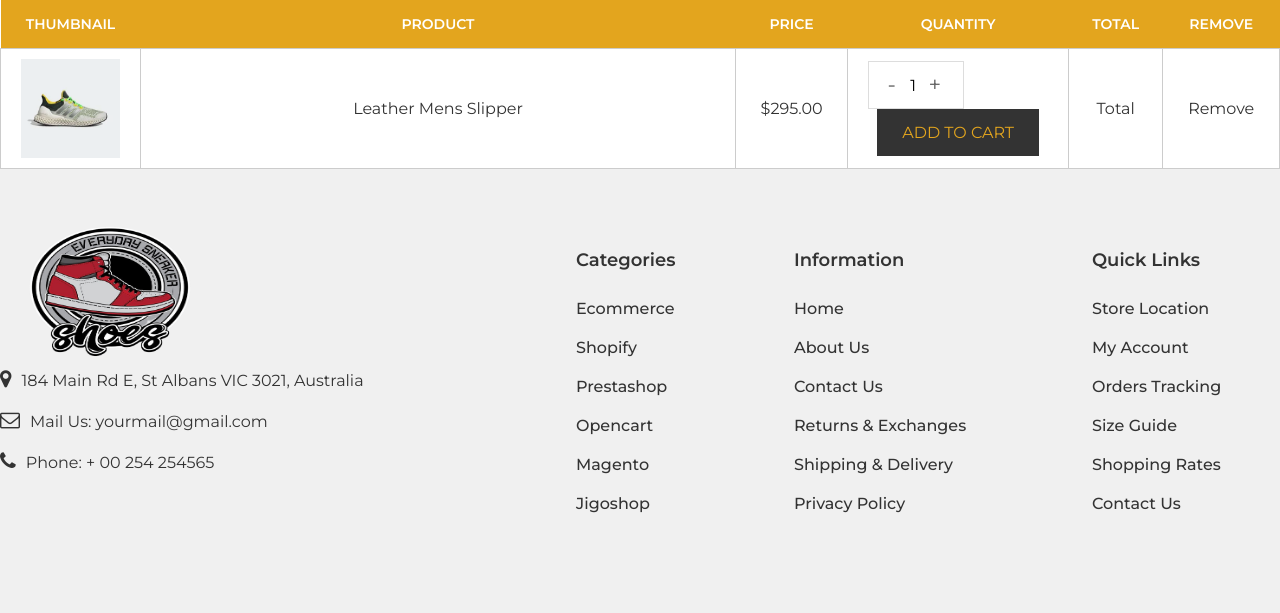
Repository: Toan3333/TranAnhToan
Page: pages/cart.html
An editor plug-in stored every save of this project. The page is shown before and after the next save, followed by the edit.
The browser window is 1280 px wide. The pictures show the part of the page from y = 328 to 941 px (the page is 941 px tall).

Above is the page before, as saved 2023-02-18 22:21:18.

### pages/cart.html
<!DOCTYPE html>
<html lang="en">
  <head>
    <meta charset="UTF-8" />
    <meta http-equiv="X-UA-Compatible" content="IE=edge" />
    <meta name="viewport" content="width=device-width, initial-scale=1.0" />
    <title>Cart</title>
    <link rel="stylesheet" href="../css/style.css" />
    <link
      rel="stylesheet"
      href="https://cdnjs.cloudflare.com/ajax/libs/font-awesome/4.7.0/css/font-awesome.min.css"
    />
    <link
      href="https://fonts.googleapis.com/css?family=Montserrat:100,200,300,regular,500,600,700,800,900,100italic,200italic,300italic,italic,500italic,600italic,700italic,800italic,900italic"
      rel="stylesheet"
    />
  </head>
  <body>
    <div class="main">
      <div class="container">
        <header class="header">
          <div class="header-logo">
            <a href="../index.html">
              <img src="../img/Logo-removebg-preview.png" alt=""
            /></a>
          </div>
          <nav class="header-menu">
            <a href="../index.html" class="active">Home</a>
            <a href="#">Page</a>
            <a href="../pages/shop.html">Shop</a>
            <a href="../pages/blog.html">Blog</a>
            <a href="#">Contact Us</a>
          </nav>
          <div class="header-configure">
            <div class="header-icon">
              <a href="#">
                <i class="fa fa-search" aria-hidden="true"></i>
              </a>
              <a href="../pages/login.html">
                <i class="fa fa-user" aria-hidden="true"> </i>
              </a>
              <a href="#">
                <i class="fa fa-cart-arrow-down" aria-hidden="true"> </i>
              </a>
            </div>
          </div>
        </header>
      </div>
      <section class="breadcrumb-bg">
        <div class="container">
          <div class="breadcrubm-main">
            <h1 class="breadcrubm-title">Cart</h1>
            <ul class="breadcrubm">
              <li class="breadcrubm-item">
                <a href="../index.html">Home /</a>
              </li>
              <li class="breadcrubm-item">
                <a class="active" href="./product-detail.html">Cart</a>
              </li>
            </ul>
          </div>
        </div>
      </section>
      <section class="cart">
        <div class="container">
          <table>
            <thead>
              <tr>
                <th class="pro-thumnail">Thumbnail</th>
                <th class="pro-title">Product</th>
                <th class="pro-price">Price</th>
                <th class="pro-quantity">Quantity</th>
                <th class="pro-subtotal">Total</th>
                <th class="pro-remove">Remove</th>
              </tr>
            </thead>
            <tbody>
              <tr>
                <td class="pro-thumnail">
                  <img src="../img/product-shop-1.webp" alt="" />
                </td>
                <td class="pro-title">Leather Mens Slipper</td>
                <td class="pro-price">$295.00</td>
                <td class="pro-quantity">
                  <div class="product-detail__quantity">
                    <div class="quantity">
                      <span class="dec">-</span>
                      <input type="text" value="1" />
                      <span class="inc">+</span>
                    </div>
                    <div class="contact-btn">
                      <button class="btn" type="submit">Add To Cart</button>
                    </div>
                  </div>
                </td>
                <td class="pro-subtotal">Total</td>
                <td class="pro-remove">Remove</td>
              </tr>
            </tbody>
          </table>
        </div>
      </section>
      <footer class="footer">
        <div class="container">
          <div class="footer-left">
            <div class="footer-column">
              <div class="footer-logo">
                <img src="../img/Logo-removebg-preview.png" alt="Logo" />
              </div>
            </div>
            <div class="footer-content">
              <ul class="footer-menu">
                <li>
                  <i class="fa fa-map-marker" aria-hidden="true"></i>184 Main Rd
                  E, St Albans VIC 3021, Australia
                </li>
                <li>
                  <i class="fa fa-envelope-o" aria-hidden="true"></i>Mail Us:
                  yourmail@gmail.com
                </li>
                <li>
                  <i class="fa fa-phone" aria-hidden="true"></i>Phone: + 00 254
                  254565
                </li>
              </ul>
            </div>
          </div>
          <div class="footer-right">
            <div class="footer-col mr">
              <h5 class="footer-title">Categories</h5>
              <div class="footer-content">
                <ul class="footer-menu">
                  <li class="footer-list">
                    <a href="#" class="footer-link">Ecommerce</a>
                  </li>
                  <li class="footer-list">
                    <a href="#" class="footer-link">Shopify </a>
                  </li>
                  <li class="footer-list">
                    <a href="#" class="footer-link">Prestashop</a>
                  </li>
                  <li class="footer-list">
                    <a href="#" class="footer-link">Opencart </a>
                  </li>
                  <li class="footer-list">
                    <a href="#" class="footer-link">Magento</a>
                  </li>
                  <li class="footer-list">
                    <a href="#" class="footer-link">Jigoshop</a>
                  </li>
                </ul>
              </div>
            </div>
            <div class="footer-col mr">
              <h5 class="footer-title">Information</h5>
              <div class="footer-content">
                <ul class="footer-menu">
                  <li class="footer-list">
                    <a href="#" class="footer-link">Home</a>
                  </li>
                  <li class="footer-list">
                    <a href="#" class="footer-link">About Us</a>
                  </li>
                  <li class="footer-list">
                    <a href="#" class="footer-link">Contact Us</a>
                  </li>
                  <li class="footer-list">
                    <a href="#" class="footer-link">Returns & Exchanges</a>
                  </li>
                  <li class="footer-list">
                    <a href="#" class="footer-link">Shipping & Delivery</a>
                  </li>
                  <li class="footer-list">
                    <a href="#" class="footer-link">Privacy Policy</a>
                  </li>
                </ul>
              </div>
            </div>
            <div class="footer-col ml">
              <h5 class="footer-title">Quick Links</h5>
              <div class="footer-content">
                <ul class="footer-menu">
                  <li class="footer-list">
                    <a href="#" class="footer-link">Store Location</a>
                  </li>
                  <li class="footer-list">
                    <a href="#" class="footer-link">My Account</a>
                  </li>
                  <li class="footer-list">
                    <a href="#" class="footer-link">Orders Tracking</a>
                  </li>
                  <li class="footer-list">
                    <a href="#" class="footer-link">Size Guide</a>
                  </li>
                  <li class="footer-list">
                    <a href="#" class="footer-link">Shopping Rates </a>
                  </li>
                  <li class="footer-list">
                    <a href="#" class="footer-link">Contact Us </a>
                  </li>
                </ul>
              </div>
            </div>
          </div>
        </div>
      </footer>
    </div>
  </body>
</html>

Loaded but not shown: css/style.css (1428 lines, source omitted)

After the next save:
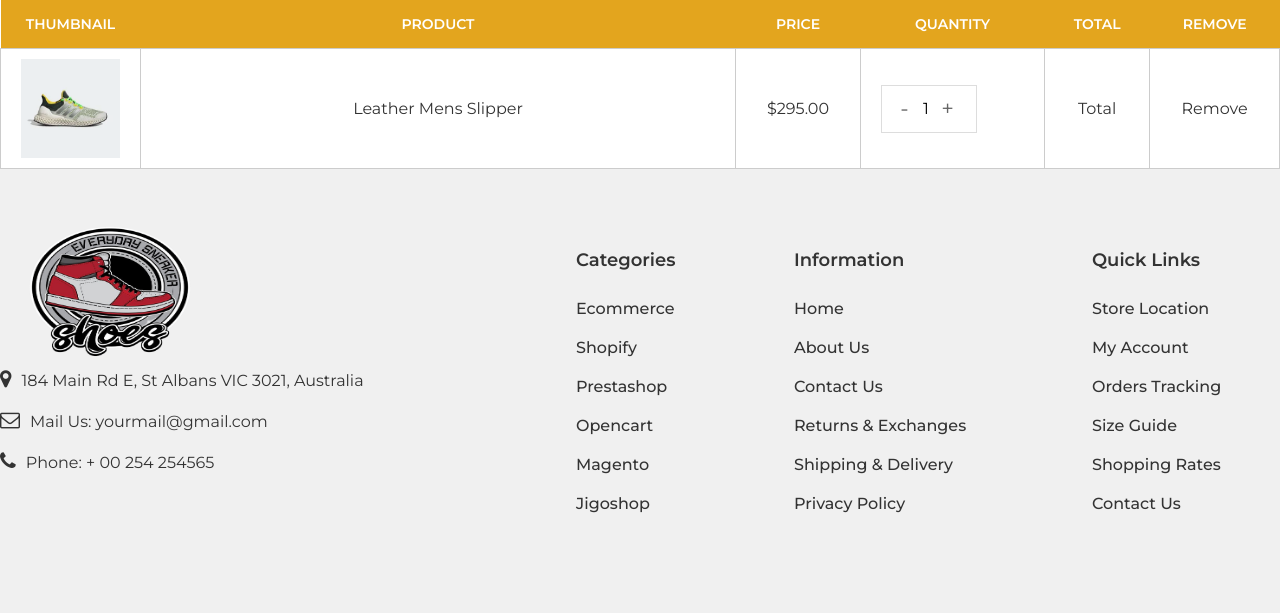
Saved 6 s later.
--- a/pages/cart.html
+++ b/pages/cart.html
@@ -88,9 +88,6 @@
                       <input type="text" value="1" />
                       <span class="inc">+</span>
                     </div>
-                    <div class="contact-btn">
-                      <button class="btn" type="submit">Add To Cart</button>
-                    </div>
                   </div>
                 </td>
                 <td class="pro-subtotal">Total</td>
